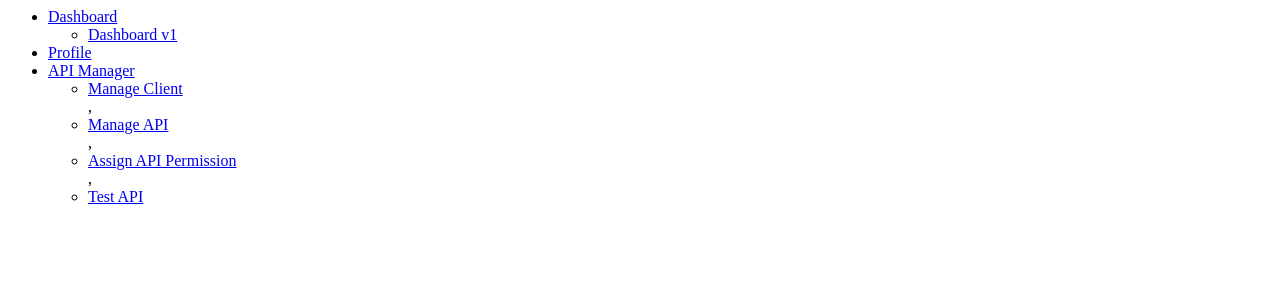
Repository: sanjeev167/PersonnelProjects
Page: http://localhost/PracticeOnNet/WEB-INF/jsp/admin/pvt/api_mgr/api_permission.jsp
These files come from the project's save history. The page is drawn as it stood at one moment and after the next save; the edit follows.
The browser window is 1280 px wide. The pictures show the whole page.
The page is served by Tomcat 9. Nobody is signed in. The template is opened directly, without the code that normally fills it, so the values that code supplies are empty.

Above is the page before, as saved 2019-07-26 06:21:07.

After the next save:
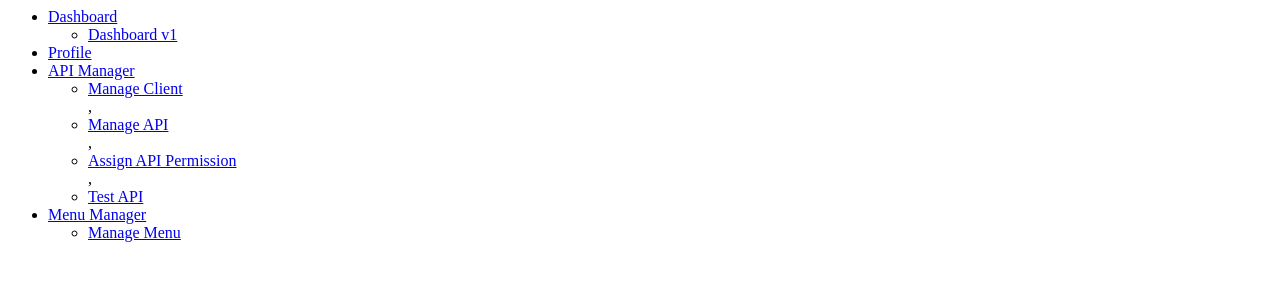
Saved 6 min 25 s later.
--- a/PracticeOnNet_WS/PracticeOnNet/src/main/webapp/WEB-INF/jsp/admin/pvt/api_mgr/api_permission.jsp
+++ b/PracticeOnNet_WS/PracticeOnNet/src/main/webapp/WEB-INF/jsp/admin/pvt/api_mgr/api_permission.jsp
@@ -15,6 +15,9 @@ $(document).ready(function() {
 		        {"id": "6", "name": "Manage API", "parent_id": "4","leafUrl":"#","nodeType":"L" ,"nodeImgUrl":"fa fa-circle-o"},
 		        {"id": "7", "name": "Assign API Permission", "parent_id": "4","leafUrl":"#","nodeType":"L" ,"nodeImgUrl":"fa fa-circle-o"},
 		        {"id": "8", "name": "Test API", "parent_id": "4","leafUrl":"#","nodeType":"L" ,"nodeImgUrl":"fa fa-circle-o"},
+
+		        {"id": "9", "name": "Menu Manager", "parent_id": "0","leafUrl":"#","nodeType":"N" ,"nodeImgUrl":"fa fa-files-o"},
+		        {"id": "10", "name": "Manage Menu", "parent_id": "9","leafUrl":"#","nodeType":"L" ,"nodeImgUrl":"fa fa-circle-o"},
 
 
 	            ];
